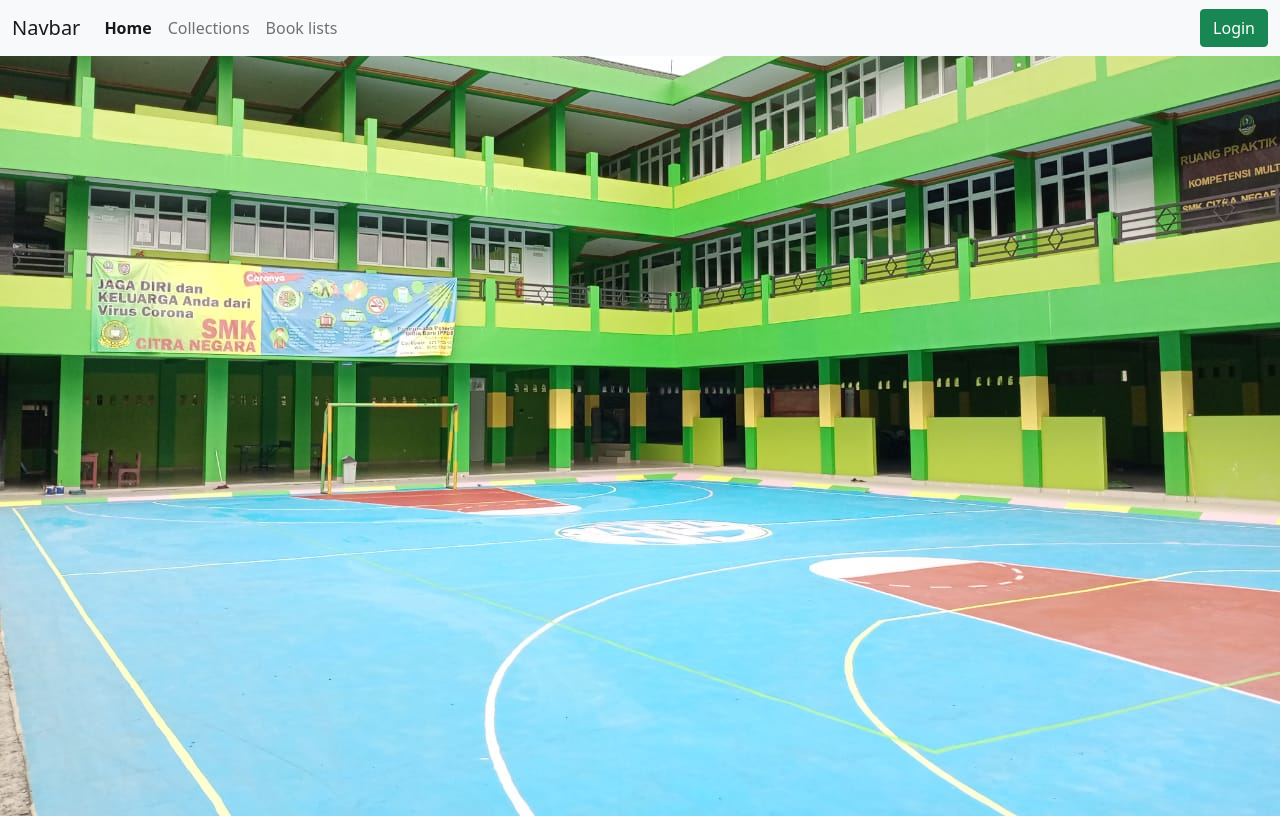
Repository: humanrizki/app-perpus-laravel-8
Page: http://localhost/home
The author's editor kept a copy of each file at every save. The page is drawn from the files as they stood at one save, then again after the next save.
The browser window is 1280 px wide. The pictures show the whole page.
Some web libraries are served in a nearby version. The page is served by the project's Laravel application, run on PHP 8.4 with Laravel 8. Other server files are loaded and not shown.

Above is the page before, as saved 2021-11-25 12:00:02.

### routes/web.php
<?php

use App\Http\Controllers\CollectionController;
use Illuminate\Support\Facades\Route;

/*
|--------------------------------------------------------------------------
| Web Routes
|--------------------------------------------------------------------------
|
| Here is where you can register web routes for your application. These
| routes are loaded by the RouteServiceProvider within a group which
| contains the "web" middleware group. Now create something great!
|
*/

Route::get('/', function () {
    return view('welcome');
});

Auth::routes();

Route::get('/home', [App\Http\Controllers\HomeController::class, 'index'])->name('home');
Route::get('/collections',[CollectionController::class,'index'])->name('collections');
Route::get('/collections/{collection:slug}',[CollectionController::class,'show']);

### app/Http/Controllers/HomeController.php
<?php

namespace App\Http\Controllers;

use Illuminate\Http\Request;

class HomeController extends Controller
{
    /**
     * Create a new controller instance.
     *
     * @return void
     */
    public function __construct()
    {
        $this->middleware('guest');
    }

    /**
     * Show the application dashboard.
     *
     * @return \Illuminate\Contracts\Support\Renderable
     */
    public function index()
    {
        return view('HomeTemplate',[
            'title'=>'home page'
        ]);
    }
}

### resources/views/homeTemplate.blade.php
@extends('layouts.capp')
@section('content')
    <div class="container-img" style="width: 100%; height:450px; background-image:url('img/cn.png');">
        <div class="img-content">
            <img src="img/cn.png" alt="" class="w-100" style="
                padding: 0px;
                margin-top:-200px;
                ">
        </div>
    </div>
@endsection

### resources/views/layouts/capp.blade.php
<!doctype html>
<html lang="en">
  <head>
    <meta charset="utf-8" />
    <meta http-equiv="X-UA-Compatible" content="IE=edge,chrome=1" />
    <meta content='width=device-width, initial-scale=1.0, maximum-scale=1.0, user-scalable=0, shrink-to-fit=no' name='viewport' />
    <title>{{ $title }}</title>

    <!--     Fonts and icons     -->
    <link href="https://fonts.googleapis.com/css?family=Montserrat:400,700,200" rel="stylesheet" />
    <link href="https://use.fontawesome.com/releases/v5.0.6/css/all.css" rel="stylesheet">
    <style>
      *,body{
        margin: 0px;
        padding: 0px;
      }
    </style>
    <link href="https://cdn.jsdelivr.net/npm/bootstrap@5.0.2/dist/css/bootstrap.min.css" rel="stylesheet" integrity="sha384-EVSTQN3/azprG1Anm3QDgpJLIm9Nao0Yz1ztcQTwFspd3yD65VohhpuuCOmLASjC" crossorigin="anonymous">
    {{-- <link rel="stylesheet" href="css/ul.css"> --}}
  </head>
  <body>
    @include('partials.header')
    @yield('content')

    <!--   Core JS Files   -->
    <script src="https://cdn.jsdelivr.net/npm/bootstrap@5.0.2/dist/js/bootstrap.bundle.min.js" integrity="sha384-MrcW6ZMFYlzcLA8Nl+NtUVF0sA7MsXsP1UyJoMp4YLEuNSfAP+JcXn/tWtIaxVXM" crossorigin="anonymous"></script>
  </body>
</html>

### resources/views/partials/header.blade.php

<nav class="navbar navbar-expand-lg navbar-light bg-light">
    <div class="container-fluid">
      <a class="navbar-brand" href="#">Navbar</a>
      <button class="navbar-toggler" type="button" data-bs-toggle="collapse" data-bs-target="#navbarSupportedContent" aria-controls="navbarSupportedContent" aria-expanded="false" aria-label="Toggle navigation">
        <span class="navbar-toggler-icon"></span>
      </button>
      <div class="collapse navbar-collapse" id="navbarSupportedContent">
        <ul class="navbar-nav me-auto mb-2 mb-lg-0">
          <li class="nav-item">
            <a class="nav-link {{ (request()->is('home')) ? 'active fw-bold':'';}}" aria-current="page" href="/home">Home</a>
          </li>
          <li class="nav-item ">
            <a class="nav-link {{ (request()->is('collections*')) ? 'active fw-bold':'';}}" href="/collections">Collections</a>
          </li>
          <li class="nav-item">
            <a class="nav-link {{ (request()->is('lists')) ? 'active':'';}}" href="/lists">Book lists</a>
          </li>
        </ul>
        <div class="container-login">
            <a href="/login" class="btn btn-success">Login</a>
        </div>
      </div>
    </div>
  </nav>

Loaded but not shown: app/Providers/AppServiceProvider.php (common file); app/Http/Controllers/Auth/ConfirmPasswordController.php (common file); app/Http/Controllers/Controller.php (common file)

After the next save:
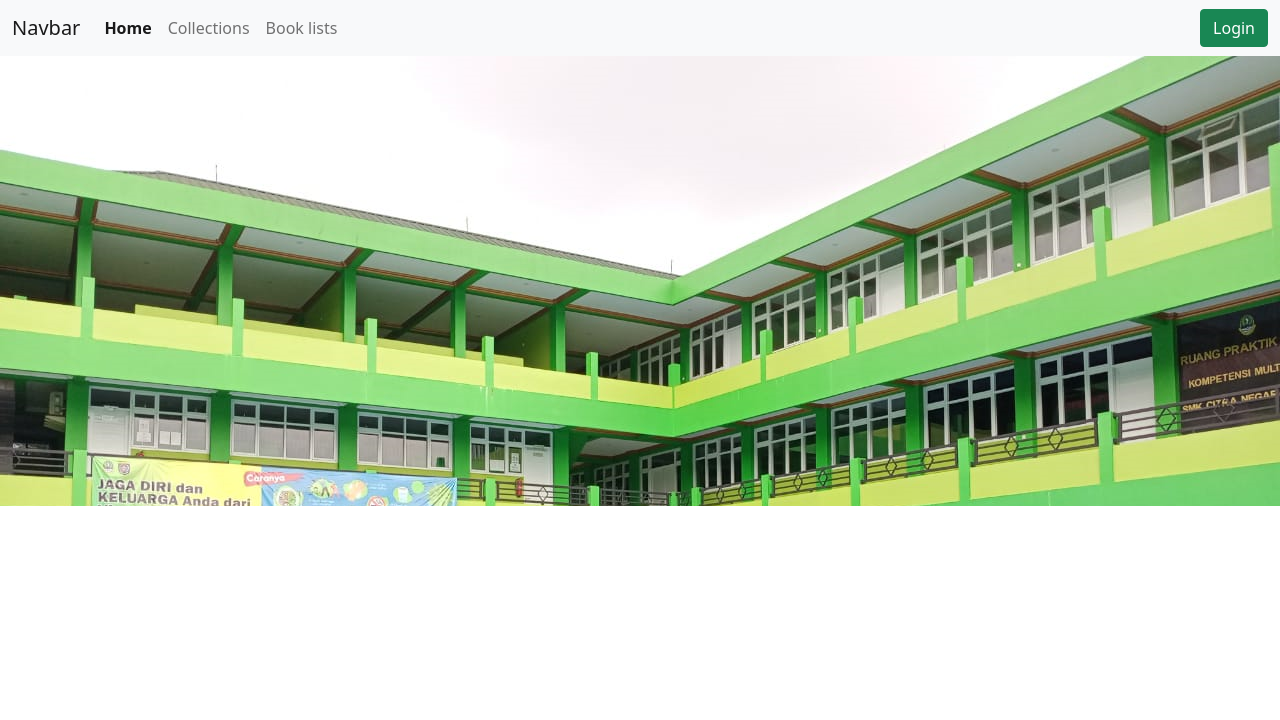
Saved 11 s later.
--- a/resources/views/homeTemplate.blade.php
+++ b/resources/views/homeTemplate.blade.php
@@ -2,10 +2,7 @@
 @section('content')
     <div class="container-img" style="width: 100%; height:450px; background-image:url('img/cn.png');">
         <div class="img-content">
-            <img src="img/cn.png" alt="" class="w-100" style="
-                padding: 0px;
-                margin-top:-200px;
-                ">
+
         </div>
     </div>
 @endsection
